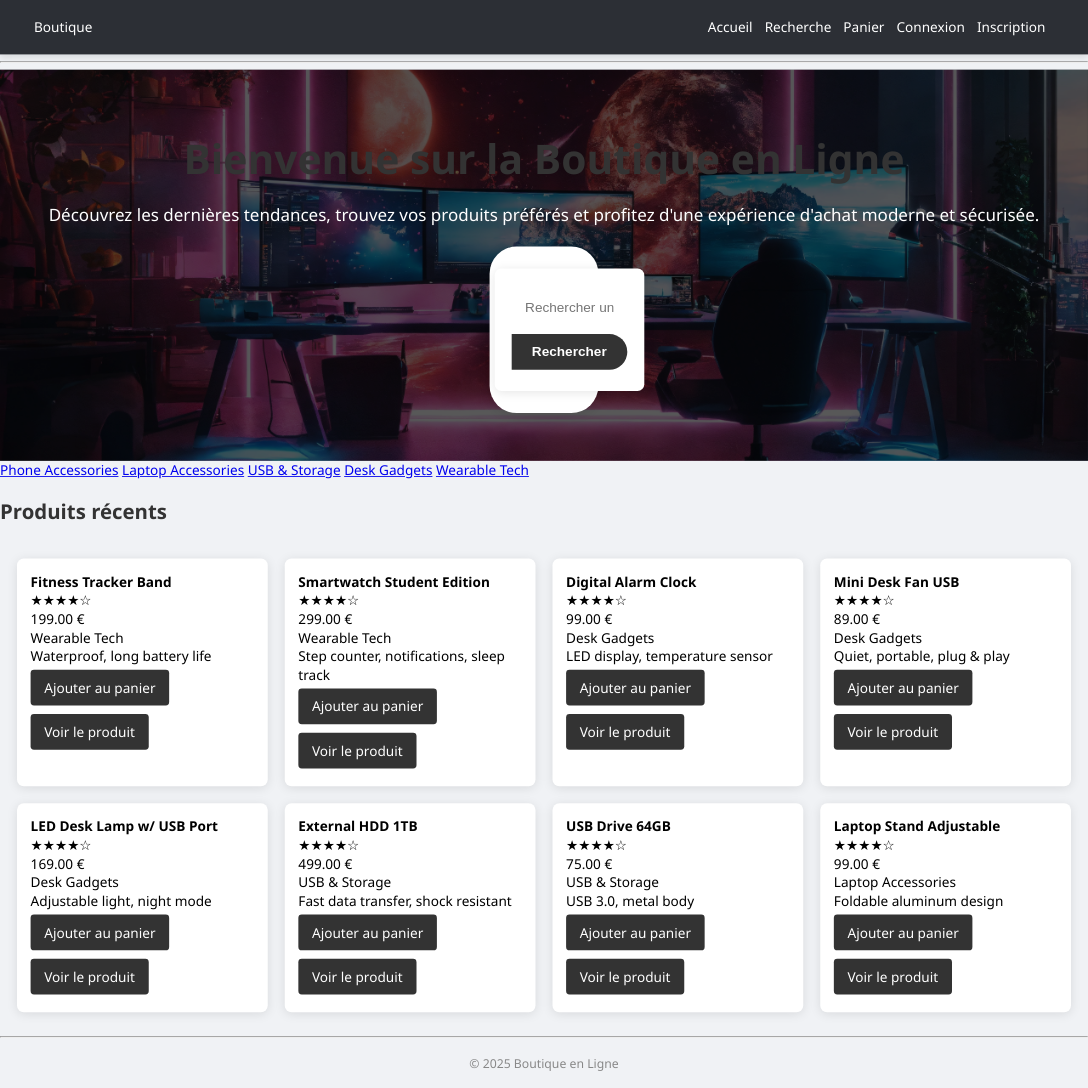
Repository: kiraj-walid/ecomerce
Page: http://localhost/
The author's editor kept a copy of each file at every save. The page is drawn from the files as they stood at one save, then again after the next save.
The browser window is 1280 px wide. The pictures show the whole page, at 85% of full size.
The page is run by PHP 8.4 with error messages shown; the project is at /var/www/html/. The database holds what the project's SQL file puts in it. Queries for data that is not in the repository find no rows.

Above is the page before, as saved 2025-05-07 14:54:16.

### index.php
<?php
require_once 'includes/db.php';
require_once 'includes/functions.php';
include 'includes/header.php';

// Récupérer les 8 derniers produits
$products = $pdo->query('SELECT * FROM produits ORDER BY id DESC LIMIT 8')->fetchAll();

// Fetch categories for quick filters
$categories = $pdo->query("SELECT DISTINCT categorie FROM produits WHERE categorie IS NOT NULL AND categorie != ''")->fetchAll(PDO::FETCH_COLUMN);
?>

<div class="hero-section">
    <img src="assets/images/landingpage.webp" alt="Boutique en Ligne" class="hero-bg-img">
    <div class="hero-overlay"></div>
    <div class="hero-content">
        <div class="hero-text">
            <h1>Bienvenue sur la Boutique en Ligne</h1>
            <p>Découvrez les dernières tendances, trouvez vos produits préférés et profitez d'une expérience d'achat moderne et sécurisée.</p>
        </div>
        <div class="hero-search">
            <form action="search.php" method="GET">
                <input type="text" name="q" placeholder="Rechercher un produit..." class="search-input">
                <button type="submit" class="hero-btn">Rechercher</button>
            </form>
        </div>
    </div>
</div>

<?php if (!empty($categories)) : ?>
<div class="category-filters">
    <?php foreach ($categories as $cat) : ?>
        <a href="search.php?category=<?= urlencode($cat) ?>" class="category-card"><?= htmlspecialchars($cat) ?></a>
    <?php endforeach; ?>
</div>
<?php endif; ?>

<h2 class="recent-products-title">Produits récents</h2>

<?php if (count($products) === 0) : ?>
    <p class="no-products">Aucun produit disponible.</p>
<?php else : ?>
    <div class="product-listing">
    <?php foreach ($products as $prod) : ?>
        <div class="product-card">
            <?php
            $stmt_imgs = $pdo->prepare('SELECT image FROM images_produit WHERE produit_id = ?');
            $stmt_imgs->execute([$prod['id']]);
            $images = $stmt_imgs->fetchAll(PDO::FETCH_COLUMN);
            ?>
            <div class="product-gallery">
                <?php if ($images && count($images) > 0): ?>
                    <span onclick="prevImg(<?= $prod['id'] ?>)" class="gallery-arrow gallery-arrow-left">
                        <svg width="24" height="24" viewBox="0 0 24 24"><polyline points="15 18 9 12 15 6" fill="none" stroke="#333" stroke-width="2" stroke-linecap="round" stroke-linejoin="round"/></svg>
                    </span>
                    <img src="assets/images/<?= htmlspecialchars($images[0]) ?>" alt="<?= htmlspecialchars($prod['nom']) ?>" id="main-img-<?= $prod['id'] ?>">
                    <span onclick="nextImg(<?= $prod['id'] ?>)" class="gallery-arrow gallery-arrow-right">
                        <svg width="24" height="24" viewBox="0 0 24 24"><polyline points="9 6 15 12 9 18" fill="none" stroke="#333" stroke-width="2" stroke-linecap="round" stroke-linejoin="round"/></svg>
                    </span>
                    <?php if (count($images) > 1): ?>
                        <script>
                        var imgs<?= $prod['id'] ?> = <?= json_encode($images) ?>;
                        var idx<?= $prod['id'] ?> = 0;
                        function nextImg(pid) {
                            if (window['idx'+pid] < window['imgs'+pid].length-1) window['idx'+pid]++;
                            else window['idx'+pid]=0;
                            document.getElementById('main-img-'+pid).src = 'assets/images/' + window['imgs'+pid][window['idx'+pid]];
                        }
                        function prevImg(pid) {
                            if (window['idx'+pid] > 0) window['idx'+pid]--;
                            else window['idx'+pid]=window['imgs'+pid].length-1;
                            document.getElementById('main-img-'+pid).src = 'assets/images/' + window['imgs'+pid][window['idx'+pid]];
                        }
                        window['imgs'+<?= $prod['id'] ?>] = imgs<?= $prod['id'] ?>;
                        window['idx'+<?= $prod['id'] ?>] = 0;
                        </script>
                    <?php endif; ?>
                <?php endif; ?>
            </div>
            <strong><?= htmlspecialchars($prod['nom']) ?></strong><br>
            <div class="product-rating">★★★★☆</div>
            <span><?= number_format($prod['prix'], 2) ?> €</span><br>
            <span><?= htmlspecialchars($prod['categorie']) ?></span><br>
            <div class="product-desc">
                <?= htmlspecialchars(mb_strimwidth($prod['description'], 0, 80, '...')) ?>
            </div>
            <a href="cart.php?add=<?= $prod['id'] ?>" class="add-to-cart-btn">Ajouter au panier</a>
            <a href="product.php?id=<?= $prod['id'] ?>" class="product-details-btn">Voir le produit</a>
        </div>
    <?php endforeach; ?>
    </div>
<?php endif; ?>

<?php include 'includes/footer.php'; ?>

### includes/db.php
<?php
// Connexion à la base de données
$host = 'localhost';
$db   = 'boutique';
$user = 'root';
$pass = '';
$charset = 'utf8mb4';

$dsn = "mysql:host=$host;dbname=$db;charset=$charset";
$options = [
    PDO::ATTR_ERRMODE            => PDO::ERRMODE_EXCEPTION,
    PDO::ATTR_DEFAULT_FETCH_MODE => PDO::FETCH_ASSOC,
    PDO::ATTR_EMULATE_PREPARES   => false,
];
try {
     $pdo = new PDO($dsn, $user, $pass, $options);
} catch (PDOException $e) {
     exit('Erreur de connexion à la base de données : ' . $e->getMessage());
}

### includes/functions.php
<?php
session_start();

function is_logged_in() {
    return isset($_SESSION['user_id']);
}

function is_admin() {
    return isset($_SESSION['role']) && $_SESSION['role'] === 'admin';
}

function redirect($url) {
    header('Location: ' . $url);
    exit();
}

### includes/header.php
<?php
require_once __DIR__ . '/functions.php';
?>
<!DOCTYPE html>
<html lang="fr">
<head>
    <meta charset="UTF-8">
    <title>Boutique en Ligne</title>
    <link rel="stylesheet" href="assets/css/style.css">
</head>
<body>
<nav class="navbar">
    <div class="navbar-container">
        <a href="index.php" class="navbar-logo">Boutique</a>
        <div class="navbar-links">
            <a href="index.php">Accueil</a>
            <a href="search.php">Recherche</a>
            <a href="cart.php">Panier</a>
            <?php if (is_logged_in()): ?>
                <?php if (is_admin()): ?>
                    <a href="admin/dashboard.php">Admin</a>
                <?php else: ?>
                    <a href="profile.php">Mon Profil</a>
                <?php endif; ?>
                <a href="logout.php" class="logout">Déconnexion</a>
            <?php else: ?>
                <a href="login.php">Connexion</a>
                <a href="register.php">Inscription</a>
            <?php endif; ?>
        </div>
    </div>
</nav>
<hr>

### includes/footer.php
<hr>
<footer>
    <p>&copy; <?php echo date('Y'); ?> Boutique en Ligne</p>
</footer>
</body>
</html>

### assets/css/style.css
body {
    font-family: 'Segoe UI', sans-serif;
    background-color: #f0f2f5;
    margin: 0;
    padding: 0;
    overflow-x: hidden;
  }

  nav {
    background-color: #333;
    color: #fff;
    padding: 10px;
  }

  nav a {
    color: #fff;
    margin-right: 10px;
    text-decoration: none;
  }

  h1, h2 {
    color: #333;
  }

  form {
    background-color: #fff;
    padding: 20px;
    margin: 20px 0;
    border-radius: 8px;
    max-width: 400px;
    box-shadow: 0px 2px 12px rgba(0, 0, 0, 0.1);
  }

  input, button {
    margin: 5px 0;
    padding: 12px;
    width: 100%;
    box-sizing: border-box;
  }

  footer {
    text-align: center;
    color: #888;
    font-size: 0.9em;
    margin: 20px 0;
  }

  .navbar {
    background-color: #2c2f35;
    color: #fff;
    padding: 0;
    box-shadow: 0px 4px 8px rgba(0, 0, 0, 0.1);
  }

  .navbar-container {
    max-width: 1200px;
    margin: 0 auto;
    display: flex;
    align-items: center;
    justify-content: space-between;
    padding: 0 24px;
    height: 64px;
  }

  .hero-section {
    position: relative;
    width: 100%;
    min-height: 420px;
    display: flex;
    align-items: center;
    justify-content: center;
    overflow: hidden;
    background-color: #1a1d21;
  }

  .hero-bg-img {
    position: absolute;
    width: 100%;
    height: 100%;
    object-fit: cover;
    z-index: 1;
    opacity: 0.85;
  }

  .hero-overlay {
    position: absolute;
    width: 100%;
    height: 100%;
    background-color: rgba(0, 0, 0, 0.6);
    z-index: 2;
  }

  .hero-content {
    position: relative;
    z-index: 3;
    text-align: center;
    color: #fff;
    padding: 40px;
  }

  .hero-text h1 {
    font-size: 3em;
    margin-bottom: 16px;
    font-weight: bold;
  }

  .hero-text p {
    font-size: 1.25em;
    margin-bottom: 24px;
  }

  .hero-search {
    display: flex;
    align-items: center;
    background-color: #fff;
    border-radius: 32px;
    box-shadow: 0 2px 12px rgba(0, 0, 0, 0.1);
    width: 10%;
    max-width: 520px;
    margin: 16px auto;
    padding: 6px;
  }

  .hero-search input {
    flex: 1;
    padding: 12px 16px;
    border: none;
    border-radius: 32px 0 0 32px;
    outline: none;
    font-size: 1em;
  }

  .hero-search button {
    padding: 12px 24px;
    border: none;
    background-color: #333;
    color: #fff;
    border-radius: 0 32px 32px 0;
    cursor: pointer;
    font-weight: bold;
    font-size: 1em;
  }

  .hero-search button:hover {
    background-color: #555;
  }

  .product-listing {
    display: grid;
    grid-template-columns: repeat(auto-fill, minmax(250px, 1fr));
    gap: 20px;
    padding: 20px;
  }

  .product-card {
    background-color: #fff;
    padding: 16px;
    border-radius: 8px;
    box-shadow: 0px 2px 12px rgba(0, 0, 0, 0.1);
    transition: transform 0.3s, box-shadow 0.3s;
  }

  .product-card:hover {
    transform: translateY(-4px);
    box-shadow: 0px 4px 16px rgba(0, 0, 0, 0.15);
  }

  .product-gallery img {
    width: 100%;
    height: auto;
    border-radius: 6px;
    margin-bottom: 8px;
  }

  .add-to-cart-btn, .product-details-btn {
    display: inline-block;
    padding: 10px 16px;
    margin: 5px 0;
    background-color: #333;
    color: #fff;
    text-decoration: none;
    border-radius: 4px;
    transition: background-color 0.3s;
  }

  .add-to-cart-btn:hover, .product-details-btn:hover {
    background-color: #555;
  }

### sql/schema.sql (the tables this page reads)
CREATE TABLE IF NOT EXISTS produits (
    id INT AUTO_INCREMENT PRIMARY KEY,
    nom VARCHAR(100),
    description TEXT,
    prix DECIMAL(10,2),
    categorie VARCHAR(50),
    image VARCHAR(255)
);

INSERT INTO produits (nom, prix, description, categorie) VALUES
('Silicone Phone Case', 39, 'Ultra-thin, shockproof, multiple colors', 'Phone Accessories'),
('Wireless Earbuds', 129, 'Bluetooth 5.0, 4h battery life', 'Phone Accessories'),
('Magnetic Phone Holder', 49, 'For car or desk, 360° rotation', 'Phone Accessories'),
('Fast Charging Cable (Type-C)', 29, 'Braided, durable, 1.5m length', 'Phone Accessories');

INSERT INTO produits (nom, prix, description, categorie) VALUES
('Laptop Cooling Pad', 139, '5 silent fans, adjustable tilt angles', 'Laptop Accessories'),
('Wireless Mouse', 79, 'Compact, USB receiver included', 'Laptop Accessories'),
('Laptop Stand Adjustable', 99, 'Foldable aluminum design', 'Laptop Accessories');

INSERT INTO produits (nom, prix, description, categorie) VALUES
('USB Drive 64GB', 75, 'USB 3.0, metal body', 'USB & Storage'),
('External HDD 1TB', 499, 'Fast data transfer, shock resistant', 'USB & Storage');

INSERT INTO produits (nom, prix, description, categorie) VALUES
('LED Desk Lamp w/ USB Port', 169, 'Adjustable light, night mode', 'Desk Gadgets'),
('Mini Desk Fan USB', 89, 'Quiet, portable, plug & play', 'Desk Gadgets'),
('Digital Alarm Clock', 99, 'LED display, temperature sensor', 'Desk Gadgets');

INSERT INTO produits (nom, prix, description, categorie) VALUES
('Smartwatch Student Edition', 299, 'Step counter, notifications, sleep track', 'Wearable Tech'),
('Fitness Tracker Band', 199, 'Waterproof, long battery life', 'Wearable Tech');

After the next save:
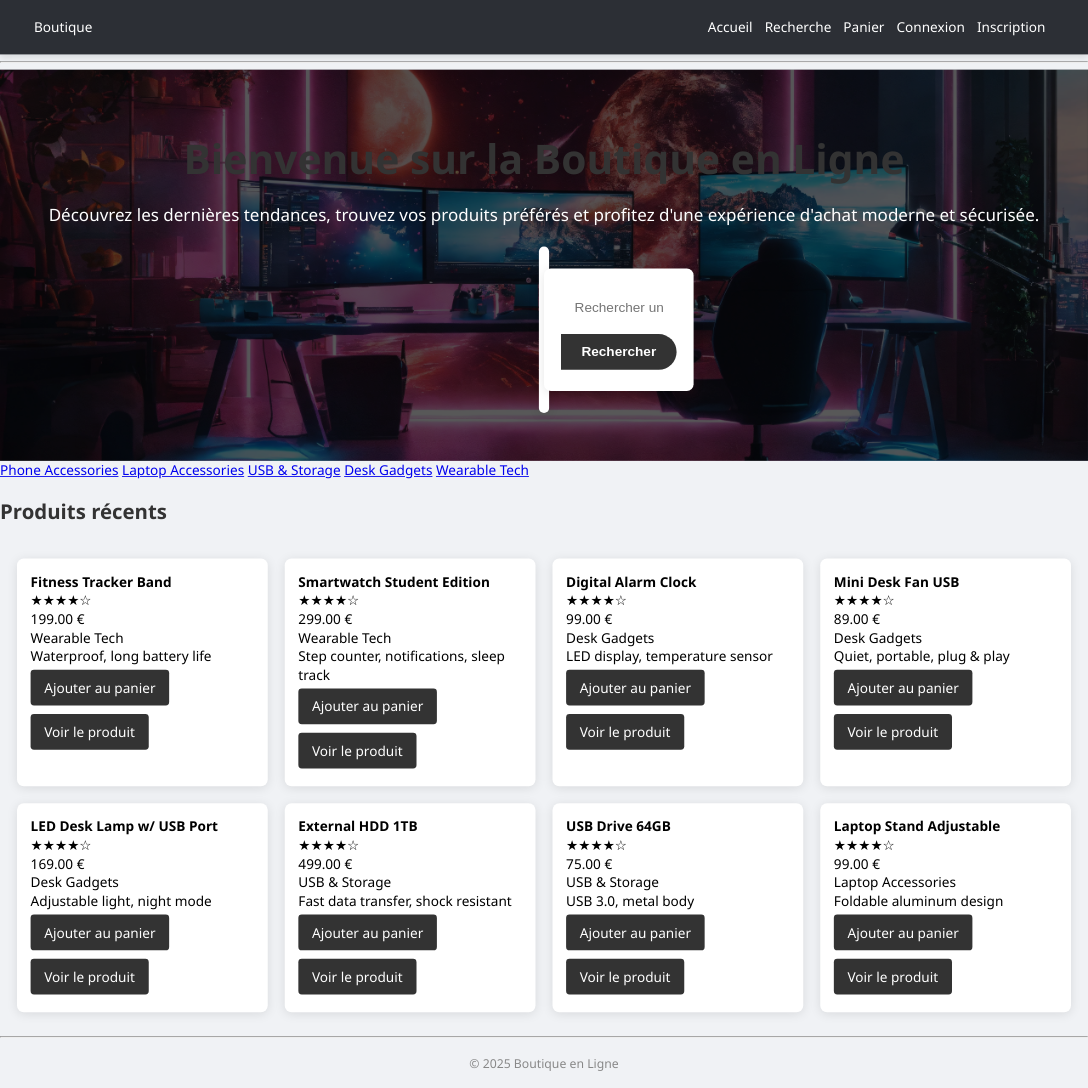
Saved 6 s later.
--- a/assets/css/style.css
+++ b/assets/css/style.css
@@ -115,7 +115,7 @@ body {
     background-color: #fff;
     border-radius: 32px;
     box-shadow: 0 2px 12px rgba(0, 0, 0, 0.1);
-    width: 10%;
+    width: 0%;
     max-width: 520px;
     margin: 16px auto;
     padding: 6px;
